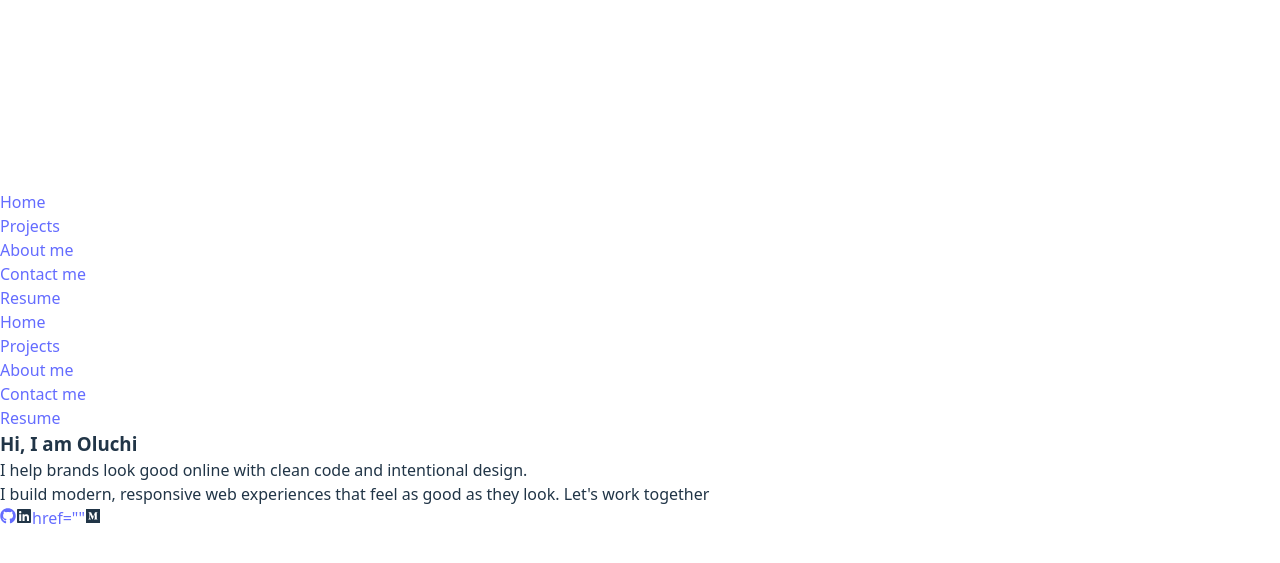
Repository: ooluchi/portfolio_
Page: / (app in my-react-app/)
An editor plug-in stored every save of this project. The page is shown before and after the next save, followed by the edit.
The browser window is 1280 px wide. The pictures show the whole page.
The project was rebuilt for these pictures with package versions that can differ from the ones it lists, and the page was loaded fresh each time. Also part of the build but not shown: my-react-app/vite.config.ts.

Above is the page before, as saved 2025-11-16 03:17:32.

After the next save:
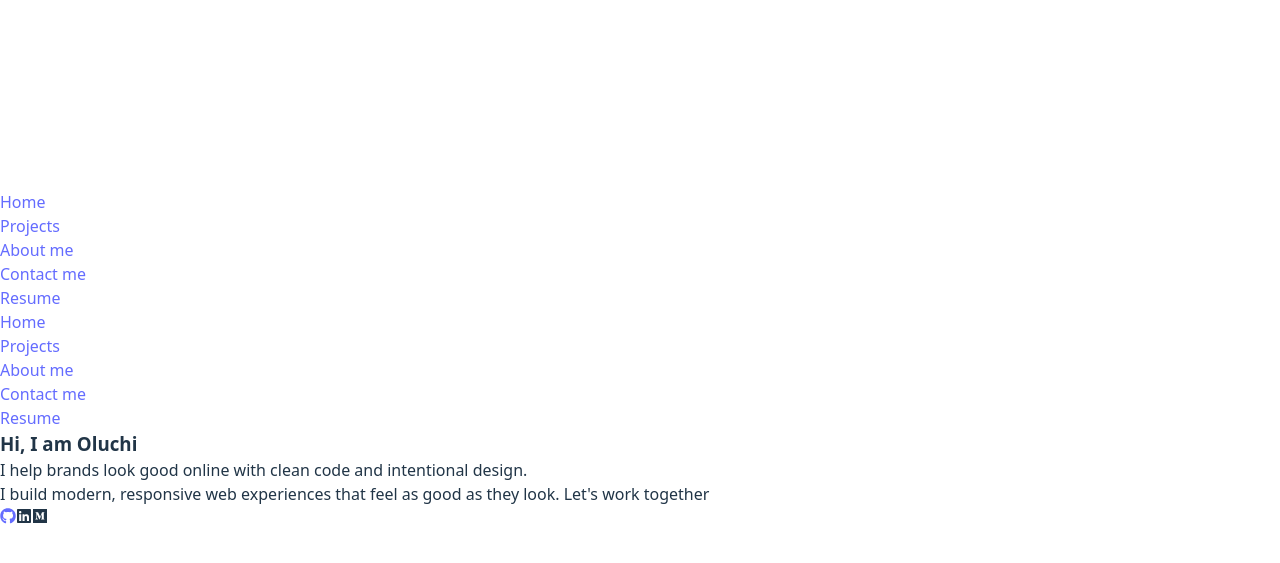
Saved 13 s later.
--- a/my-react-app/src/components/Home.tsx
+++ b/my-react-app/src/components/Home.tsx
@@ -27,7 +27,7 @@ export default function Home() {
           rel="noreferrer"
           aria-label="GitHub"
         >
-          href=""
+
         </a>
         <FaMedium />
       </div>
